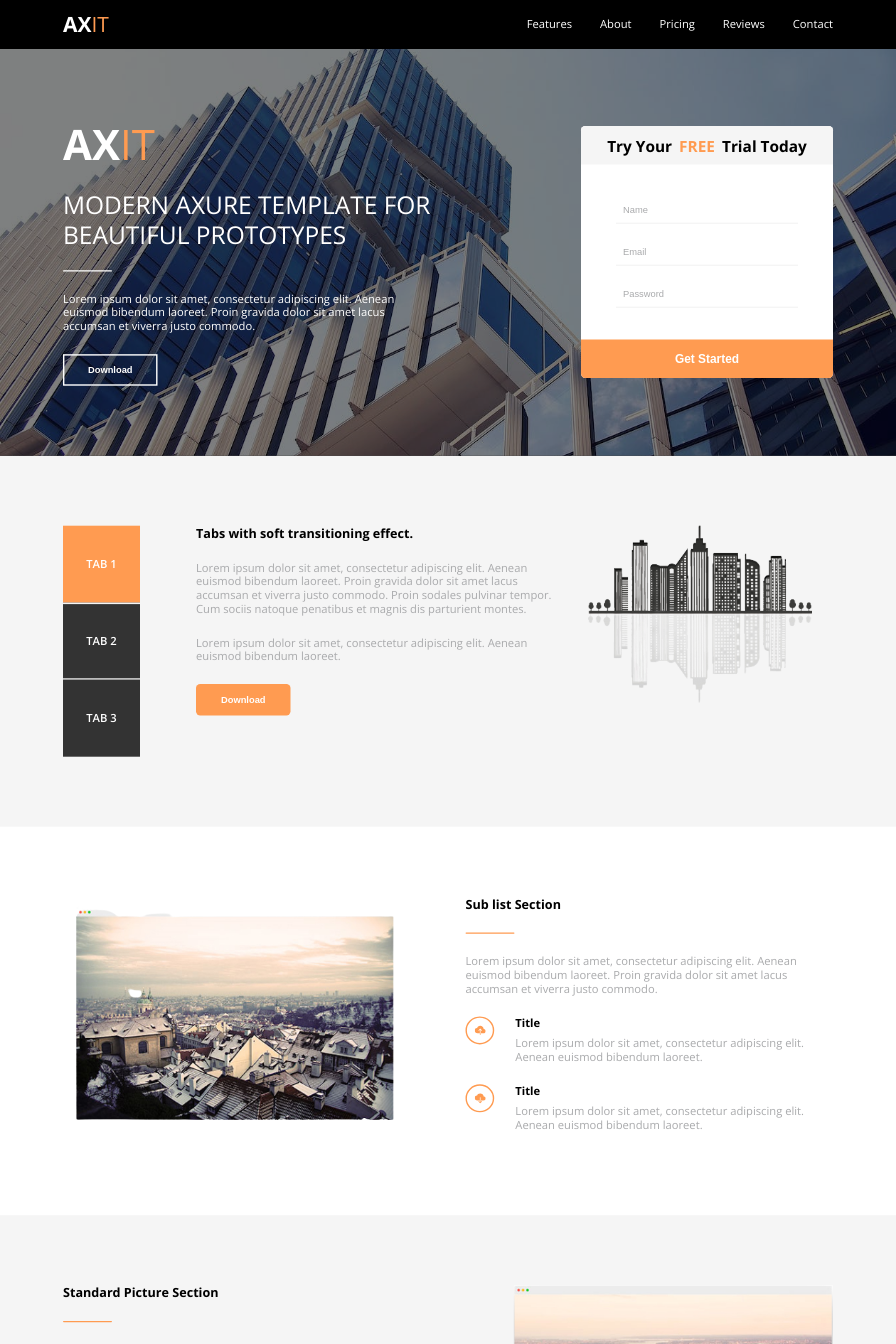
Repository: dinhtri123/axureThems
Page: index.html
The author's editor kept a copy of each file at every save. The page is drawn from the files as they stood at one save, then again after the next save.
The browser window is 1280 px wide. The pictures show the part of the page from y = 0 to 1920 px (the page is 3894 px tall), at 70% of full size.

Above is the page before, as saved 2023-02-11 17:44:36.

After the next save:
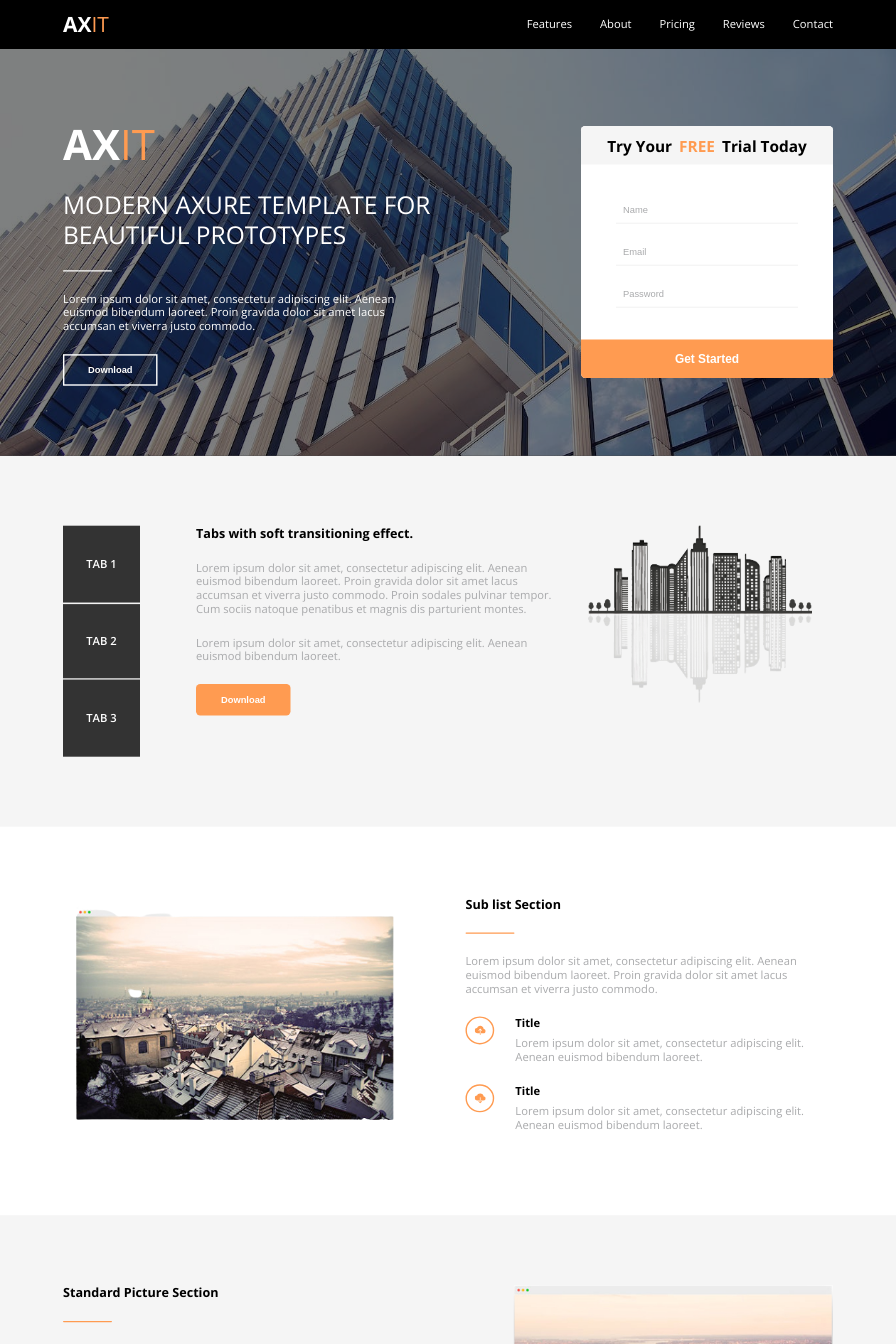
Saved 36 s later.
--- a/style.css
+++ b/style.css
@@ -239,9 +239,7 @@
   border-top: 2px solid var(--bg-light);
   border-bottom: 2px solid var(--bg-light);
 }
-.tabs.active {
-  background-color: var(--bg-orange);
-}
+
 .tabsContent {
   display: flex;
   gap: 30px;

After the save that followed:
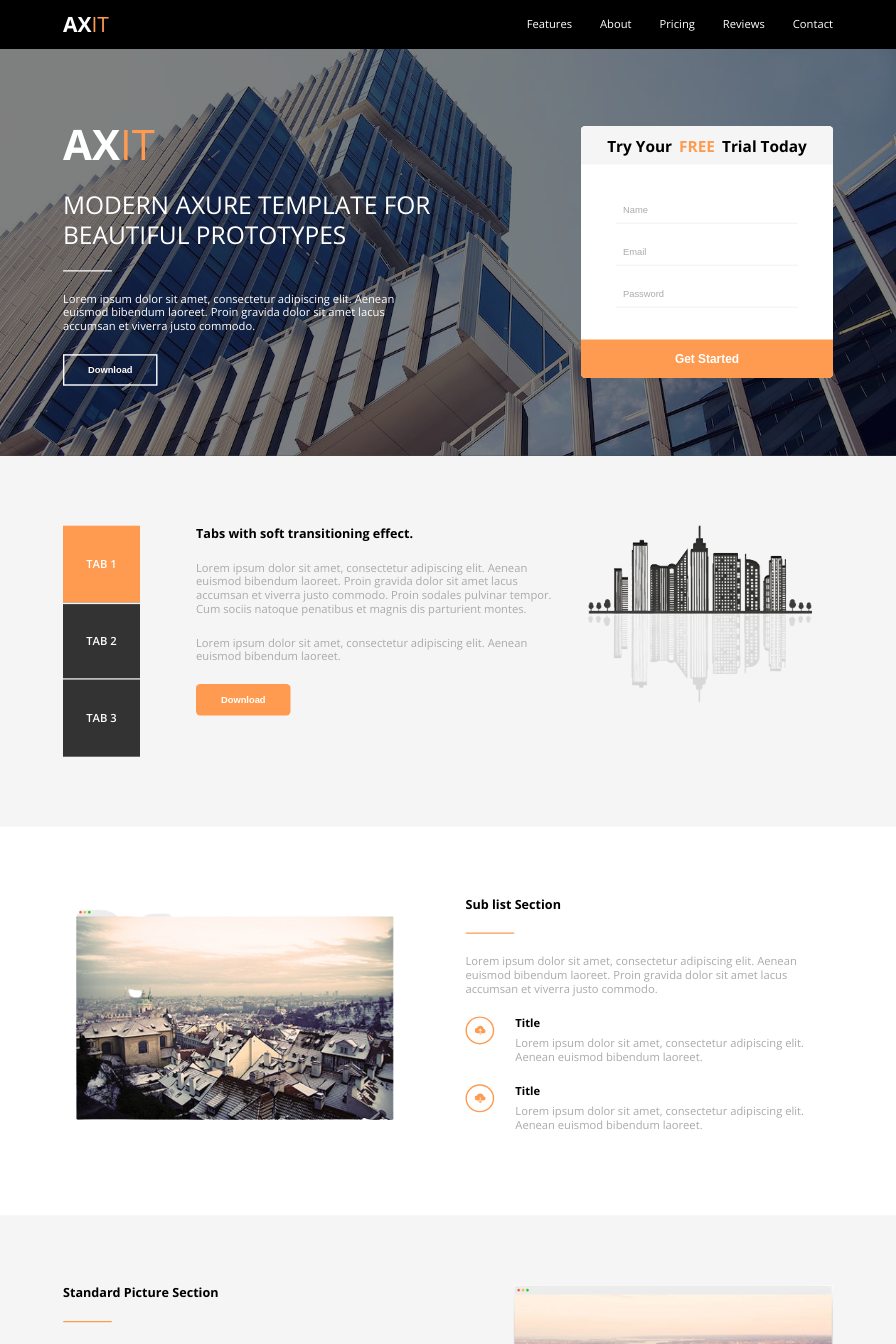
Saved 5 s later.
--- a/style.css
+++ b/style.css
@@ -468,7 +468,9 @@
   font-size: 14px;
   color: var(--bg-text);
 }
-
+.tabs.active {
+  background-color: var(--bg-orange);
+}
 #tab2, #tab3 {
   display: none;
 }
